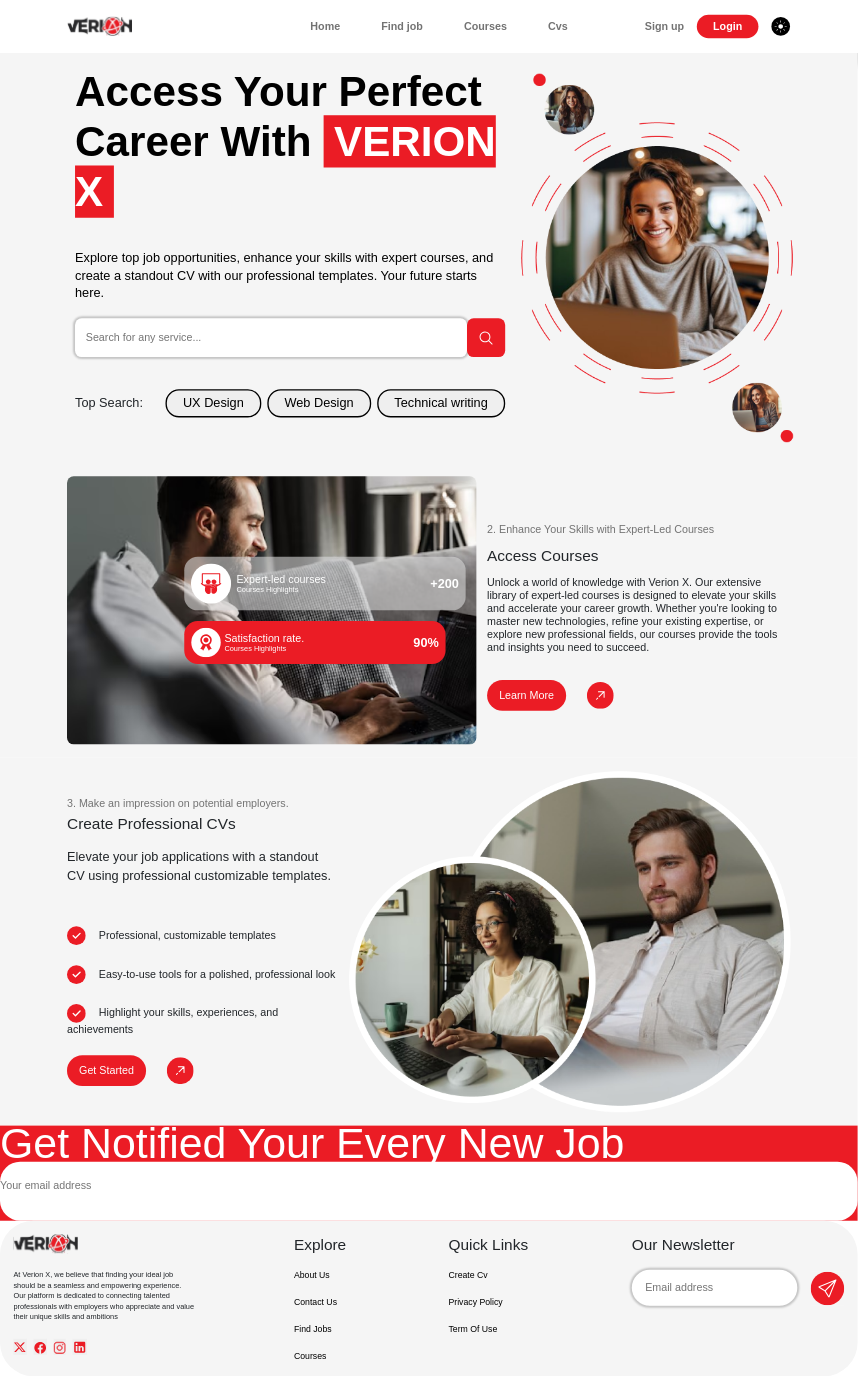
Repository: SahMenz/verionX
Page: /
The author's editor kept a copy of each file at every save. The page is drawn from the files as they stood at one save, then again after the next save.
The browser window is 1280 px wide. The pictures show the whole page, at 67% of full size.
The project was rebuilt for these pictures with package versions that can differ from the ones it lists, and the page was loaded fresh each time. Also part of the build but not shown: vite.config.js.

Above is the page before, as saved 2024-06-16 16:59:44.

After the next save:
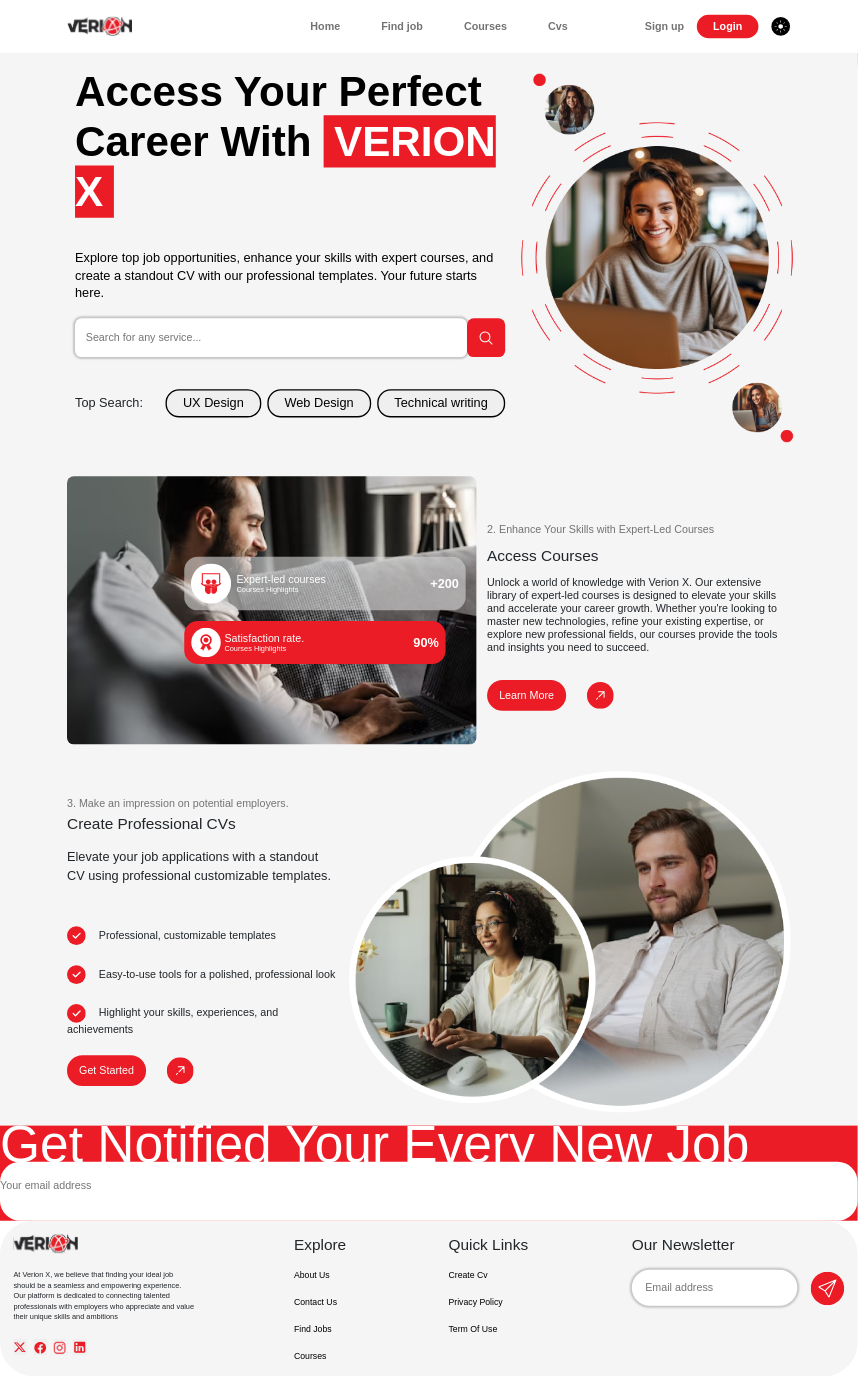
Saved 4 s later.
--- a/src/components/home/getNotified/getNotified.css
+++ b/src/components/home/getNotified/getNotified.css
@@ -1,3 +1,3 @@
 .getNotified{
-    font-size: 5vw;
+    font-size: 6vw;
 }
